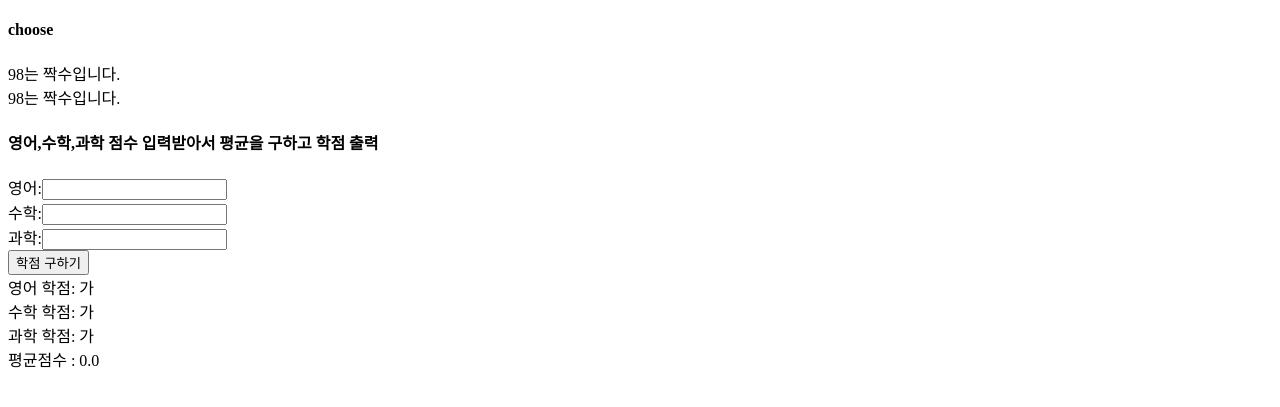
Repository: parkho96/testnum2
Page: http://localhost/jspstudy/11JSTL/Choose.jsp
An editor plug-in stored every save of this project. The page is shown before and after a run of saves, followed by the edit.
The browser window is 1280 px wide. The pictures show the whole page.
The page is served by Tomcat 9. Other server files are loaded and not shown.

Above is the page before, as saved 2023-04-10 03:01:33.

### workjsp/jspstudy/src/main/webapp/11JSTL/Choose.jsp
<%@ page language="java" contentType="text/html; charset=UTF-8"
    pageEncoding="UTF-8"%>
<%@ taglib prefix="c" uri="http://java.sun.com/jsp/jstl/core" %>
<!DOCTYPE html>
<html>
<head>
<meta charset="UTF-8">
<title>JSTL core choose/when/otherwise</title>
</head>
<body>

	<c:set var="num" value= "98"/>

	<h4>choose</h4>

	<c:choose>
		<c:when test="${num mod 2 eq 0}">
			${num}는 짝수입니다.
		</c:when>
		<c:when test="${num mod 2 eq 1}">
			${num}는 홀수입니다.
		</c:when>
	</c:choose>
	<br>
	<c:choose>
		<c:when test="${num mod 2 eq 0}">
			${num}는 짝수입니다.
		</c:when>
		<c:otherwise>
			${num}는 홀수입니다.
		</c:otherwise>
	</c:choose>


	<h4>영어,수학,과학 점수 입력받아서 평균을 구하고 학점 출력</h4>
	<form>
		영어:<input type="text" name="eng" /><br>
		수학:<input type="text" name="math" /><br>
		과학:<input type="text" name="esc" /><br>
		<input type="submit" value="학점 구하기"/>
	</form>
	<!-- 90이상 수, 80이상 우, 70이상 미, 60이상 양, 나머지 가 -->
	<!-- 평균점수 : ??? / 학점 : ?? -->

	영어 학점:
	<c:choose>
		<c:when test="${param.eng > 90}">수</c:when>
		<c:when test="${param.eng > 80}">우</c:when>
		<c:when test="${param.eng > 70}">미</c:when>
		<c:when test="${param.eng > 60}">양</c:when>
		<c:otherwise>가</c:otherwise>
	</c:choose>
	<br>
	수학 학점:
	<c:choose>
		<c:when test="${param.math > 90}">수</c:when>
		<c:when test="${param.math > 80}">우</c:when>
		<c:when test="${param.math > 70}">미</c:when>
		<c:when test="${param.math > 60}">양</c:when>
		<c:otherwise>가</c:otherwise>
	</c:choose>
	<br>
	과학 학점:
	<c:choose>
		<c:when test="${param.esc > 90}">수</c:when>
		<c:when test="${param.esc > 80}">우</c:when>
		<c:when test="${param.esc > 70}">미</c:when>
		<c:when test="${param.esc > 60}">양</c:when>
		<c:otherwise>가</c:otherwise>
	</c:choose>

	<br>
	평균점수 : ${(param.eng+param.math+param.esc)/3}


</body>
</html>

After the next 4 saves:
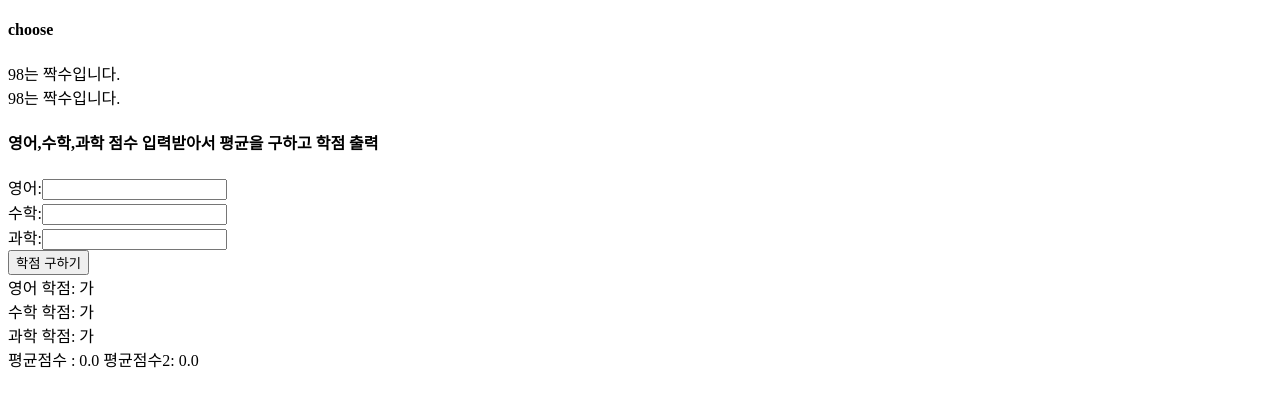
The 4 saves are shown as one change because 3 did not build or start.
The last was saved 7 min 11 s later.
--- a/workjsp/jspstudy/src/main/webapp/11JSTL/Choose.jsp
+++ b/workjsp/jspstudy/src/main/webapp/11JSTL/Choose.jsp
@@ -71,7 +71,7 @@
 
 	<br>
 	평균점수 : ${(param.eng+param.math+param.esc)/3}
-
-
+	<c:set var="avg" value="${(param.eng+param.math+param.esc)/3}"/>
+	평균점수2: ${avg }
 </body>
 </html>
